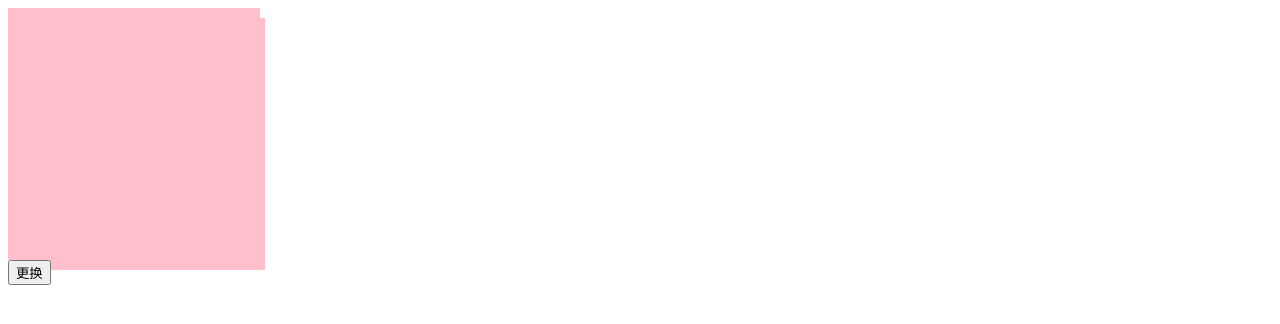
Repository: Bluesouls/eliauk.github.io
Page: Ajax学习笔记/day01/code/index.html
The author's editor kept a copy of each file at every save. The page is drawn from the files as they stood at one save, then again after the next save.
The browser window is 1280 px wide. The pictures show the whole page.

Above is the page before, as saved 2022-04-24 16:08:27.

After the next save:
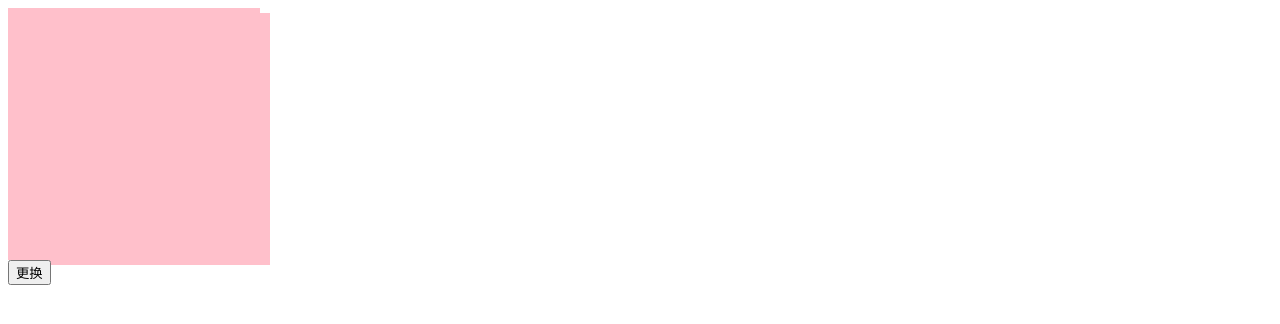
Saved 7 s later.
--- a/Ajax学习笔记/day01/code/index.html
+++ b/Ajax学习笔记/day01/code/index.html
@@ -12,7 +12,7 @@
       height: 250px;
       border: 1px solid pink;
       background: pink;
-      box-shadow: 5px 10px pink;
+      box-shadow: 10px 5px pink;
       color: white;
     }
     .content{
